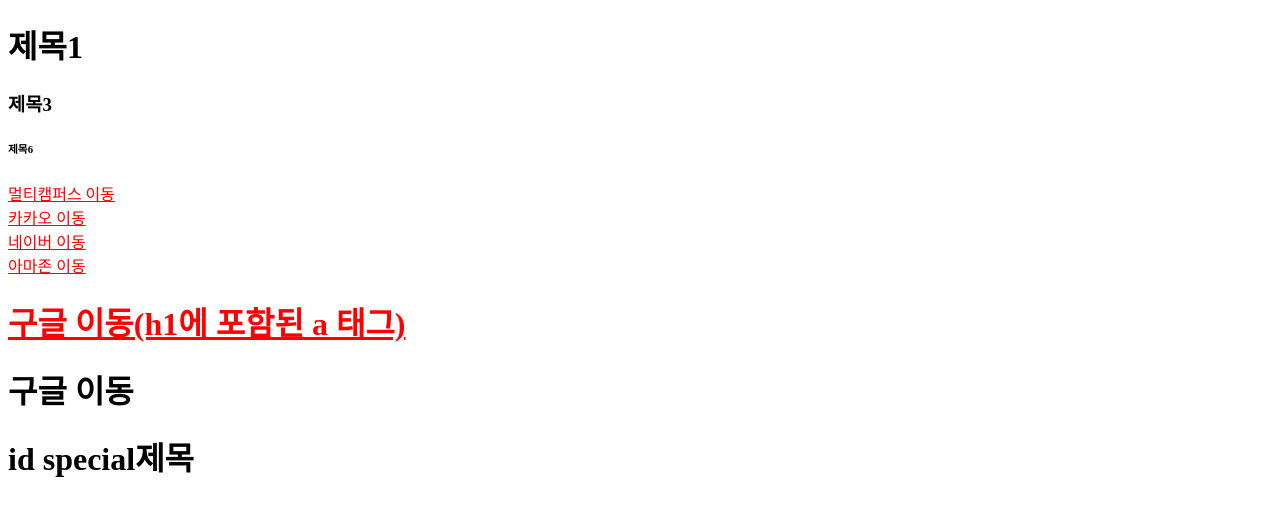
Repository: younseochoi/AI_PLATFORM
Page: my_code/03_web/html/src/main/webapp/css/selector.html
The author's editor kept a copy of each file at every save. The page is drawn from the files as they stood at one save, then again after the next save.
The browser window is 1280 px wide. The pictures show the whole page.

Above is the page before, as saved 2022-07-25 01:45:01.

### my_code/03_web/html/src/main/webapp/css/selector.html
<!DOCTYPE html>
<html>
<head>
<meta charset="UTF-8">
<title>Insert title here</title>
<style>
	/* h1{color:red;} */
	/* #special{ color:red;} */
	/* .target{color:red;} */
	/* * { color :red;} */
	/* body{ color : red;} */
	/* h6, a{ color : red;} */
	/* h1>a{ color:red;} /* 포함관계 자손태그 (후손태그 포함 x) */ */
	/* body a{ color:red; }/* 후손태그 포함 */ */
	a[href = "HTTP://www.multicampus.com"]{ color: red;}
	a[href *=co]{color:red;} */

</style>
</head>
<body>

<!-- 	<h1 title="정보보여주기" id="first" class="cls1">제목</h1>
	내용많아서 스크롤
	<a href= "#first">현재파일 첫화면 이동 </a> -->
	<h1 class="target" title="첫번째 제목을 나타내는 부분입니다">제목1</h1>
	<h3 class="target" >제목3</h3>
	<h6 class="target" >제목6</h6>

	<a href="HTTP://www.multicampus.com">멀티캠퍼스 이동</a><br>
	<a href="kakao.co.kr">카카오 이동</a><br>
	<a href="www.naver.co.kr">네이버 이동</a><br>
	<a href="www.amazone.com">아마존 이동</a><br>

	<h1><a href="http://www.google.com">구글 이동(h1에 포함된 a 태그)</a></h1>
	<h1>구글 이동</h1>
	<h1 id="special">id special제목</h1>
</body>
</html>

After the next save:
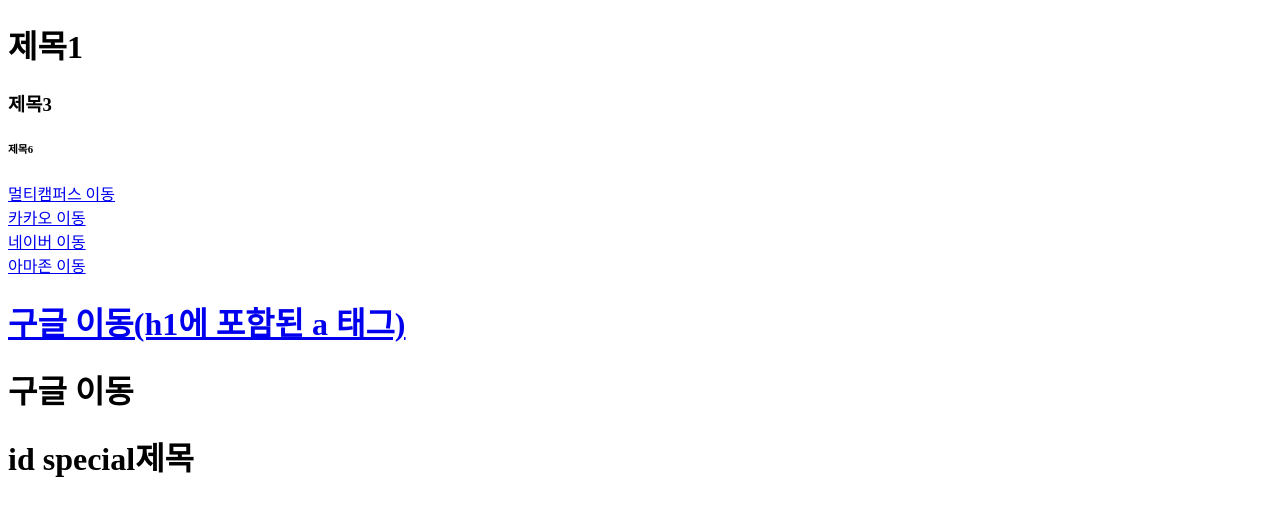
Saved 6 s later.
--- a/my_code/03_web/html/src/main/webapp/css/selector.html
+++ b/my_code/03_web/html/src/main/webapp/css/selector.html
@@ -13,7 +13,7 @@
 	/* h1>a{ color:red;} /* 포함관계 자손태그 (후손태그 포함 x) */ */
 	/* body a{ color:red; }/* 후손태그 포함 */ */
 	a[href = "HTTP://www.multicampus.com"]{ color: red;}
-	a[href *=co]{color:red;} */
+/* 	a[href *=co]{color:red;}  */
 
 </style>
 </head>
